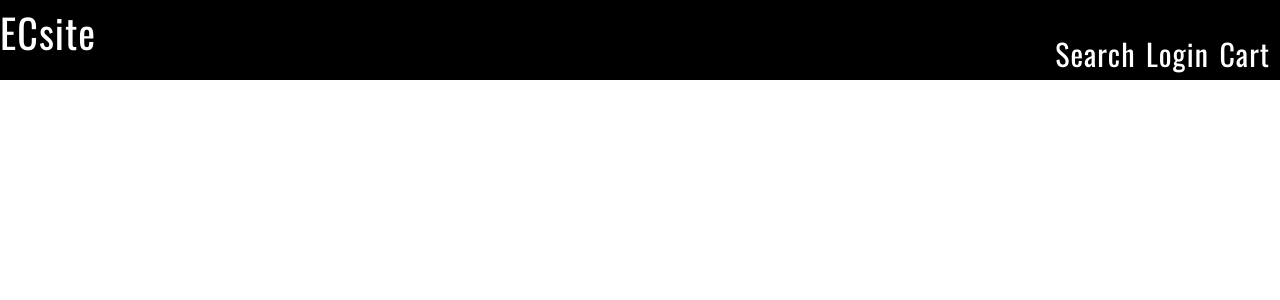
Repository: Kazuho-Komagamine/ecsite
Page: http://localhost/ecsite/header.jsp
An editor plug-in stored every save of this project. The page is shown before and after the next save, followed by the edit.
The browser window is 1280 px wide. The pictures show the whole page.
The page is served by Tomcat 9. Nobody is signed in. The application's start-up code is not run. Other server files are loaded and not shown.

Above is the page before, as saved 2018-07-19 08:35:18.

### ecsite/WebContent/header.jsp
<%@ page language="java" contentType="text/html; charset=UTF-8"
    pageEncoding="UTF-8"%>
<%@ taglib prefix="s" uri="/struts-tags"%>
<!DOCTYPE html>
<html>
<head>
<meta charset="UTF-8">
<style>
@import url('https://fonts.googleapis.com/css?family=Oswald');
</style>
<link rel="stylesheet" href="./css/style.css">
</head>
<body>
    <div id="header">
        <span id="header_title">
        ECsite
        </span>
        <div id="header_menu">
            <ul>
                <li>Search</li>
                <li>Login</li>
                <li>Cart</li>
            </ul>
        </div>
    </div>
</body>
</html>

### ecsite/WebContent/css/style.css
body{
    margin: 0;
    padding: 0;
    line-height: 1.6;
    letter-spacing: 1px;
    font-family: Verdana, Helvetica, sans-serif;
    font-size: 12px;
    color: #333;
    background:#fff;
}
table{
    text-align: center;
    margin: 0 auto;
}
/* =======ecsite LAYOUT======= */
#top{
    width: 780px;
    margin: 30px auto;
    border: 1px solid #333;
}
#header{
    width: 100%;
    height: 80px;
    background-color: black;
}
#main{
    width: 100%;
    height: 500px;
    text-align: center;
}
#footer{
    width: 100%;
    height: 40px;
    background-color: black;
    clear: both;
    position: fixed;
    bottom: 0;
}
#text-center{
    display: inline-block;
    text-arign: center;
}
#text-link{
    display: inline-block;
    text-arign: right;
}
#pr{
	text-align: center;
	color: white;
	font-size: 10px;
}
#header_title{
	color: white;
	font-size: 40px;
	font-family: 'Oswald', sans-serif;
	text-align: left;
}
#header_menu{
	 float: right;
	 margin-right: 10px;
}
#header_menu ul{
    font-size: 30px;
    color: white
}
#header_menu ul li{
	font-family: 'Oswald', sans-serif;
    display: inline-block;
}

After the next save:
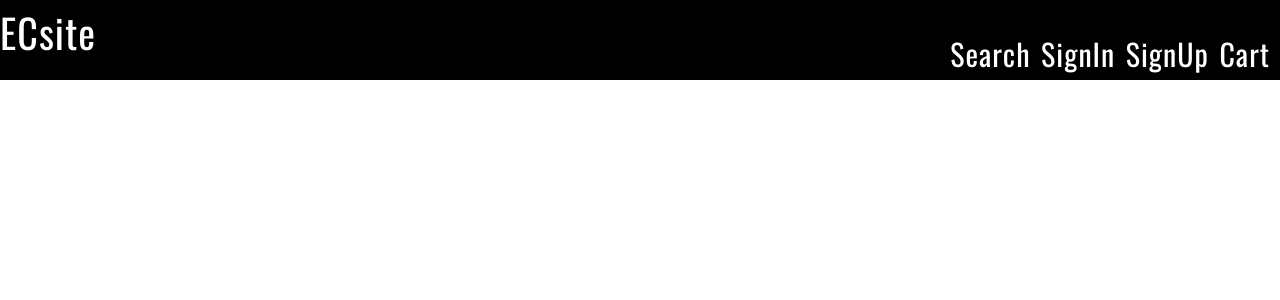
Saved 73 s later.
--- a/ecsite/WebContent/header.jsp
+++ b/ecsite/WebContent/header.jsp
@@ -18,7 +18,8 @@
         <div id="header_menu">
             <ul>
                 <li>Search</li>
-                <li>Login</li>
+                <li>SignIn</li>
+                <li>SignUp</li>
                 <li>Cart</li>
             </ul>
         </div>
